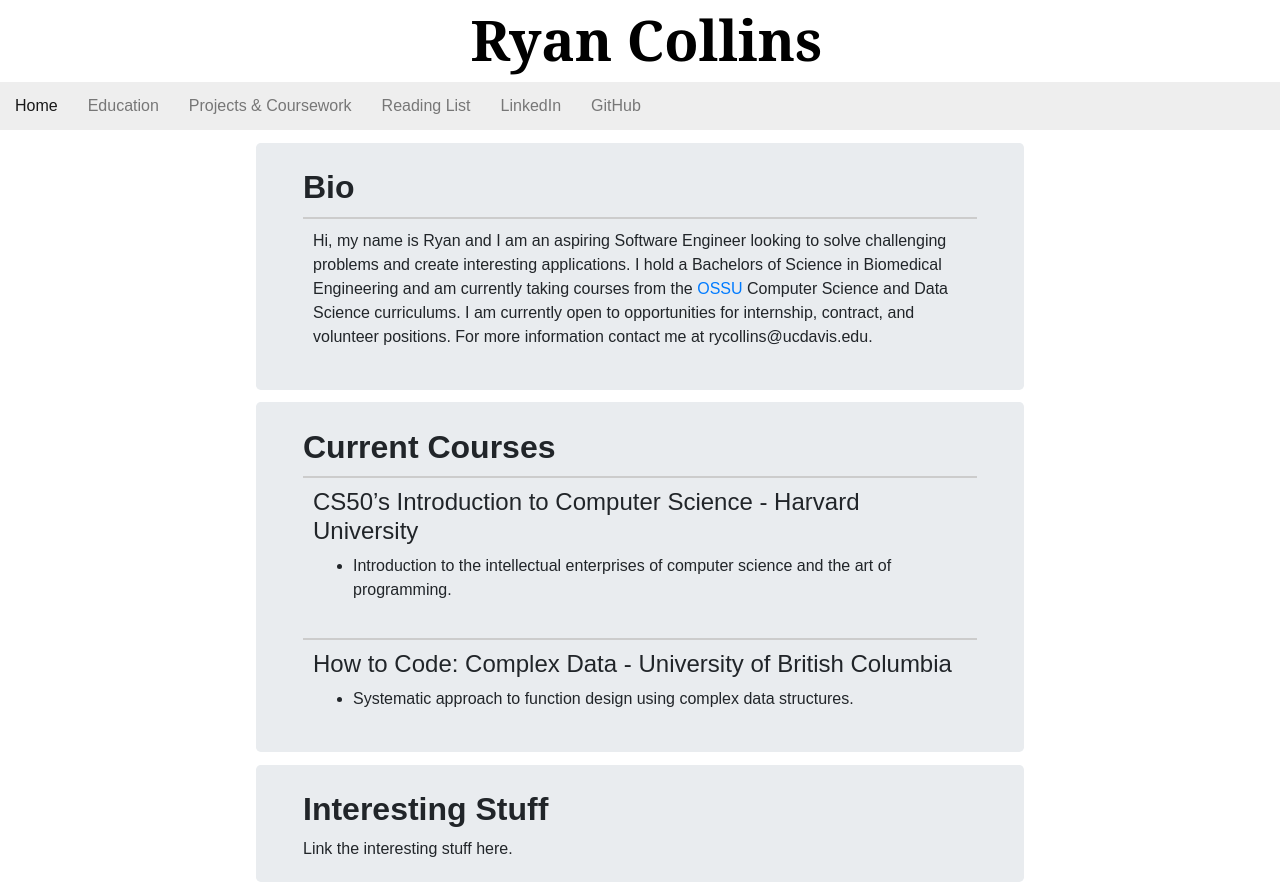
Repository: RyanMCollins/cs50
Page: pset5/homepage/home.html
The author's editor kept a record of every edit. The page is drawn from the files as they stood at one moment, then again after the next edit.
The browser window is 1280 px wide. The pictures show the whole page.

Above is the page before.

### pset5/homepage/home.html
<!DOCTYPE html>

<html lang="en">
    <head>
        <meta name="viewport" content="width=device-width, initial-scale=1, shrink-to-fit=no">
        <script src="https://code.jquery.com/jquery-3.3.1.slim.min.js" integrity="sha384-q8i/X+965DzO0rT7abK41JStQIAqVgRVzpbzo5smXKp4YfRvH+8abtTE1Pi6jizo" crossorigin="anonymous"></script>
        <script src="https://cdnjs.cloudflare.com/ajax/libs/popper.js/1.14.3/umd/popper.min.js" integrity="sha384-ZMP7rVo3mIykV+2+9J3UJ46jBk0WLaUAdn689aCwoqbBJiSnjAK/l8WvCWPIPm49" crossorigin="anonymous"></script>
        <script src="https://stackpath.bootstrapcdn.com/bootstrap/4.1.3/js/bootstrap.min.js" integrity="sha384-ChfqqxuZUCnJSK3+MXmPNIyE6ZbWh2IMqE241rYiqJxyMiZ6OW/JmZQ5stwEULTy" crossorigin="anonymous"></script>
        <link href="https://stackpath.bootstrapcdn.com/bootstrap/4.1.3/css/bootstrap.min.css" rel="stylesheet">
        <link href="styles.css" rel="stylesheet">
        <title>Homepage</title>
    </head>
    <body>
        <h1 id="site-title">
            <a href="/index">
                Ryan Collins
            </a>
        </h1>
        <nav class="navbar navbar-expand-lg navbar-light">
            <button class="navbar-toggler" type="button" data-toggle="collapse" data-target="#navbarSupportedContent"
            aria-controls="navbarSupportedContent" aria-expanded="false" aria-label="Toggle navigation">
                <span class="navbar-toggler-icon"></span>
            </button>

            <div class="collapse navbar-collapse" id="navbarSupportedContent">
                <div class="d-flex justify-content-center">
                    <ul class="navbar-nav" id="navbar-internal-links">
                      <li class="nav-item active">
                        <a class="nav-link" href="/home">Home<span class="sr-only">(current)</span></a>
                      </li>
                      <li class="nav-item">
                        <a class="nav-link" href="/education">Education<span class="sr-only">(current)</span></a>
                      </li>
                      <li class="nav-item">
                        <a class="nav-link" href="/projects">Projects & Coursework<span class="sr-only">(current)</span></a>
                      </li>
                      <li class="nav-item">
                        <a class="nav-link" href="/readlist">Reading List<span class="sr-only">(current)</span></a>
                      </li>
                    </ul>
                </div>
                <div>
                    <ul class="navbar-nav" id="navbar-external-links">
                      <li class="nav-item">
                        <a class="nav-link" href="https://linkedin.com/in/ryancollins2020">LinkedIn<span class="sr-only">(current)</span></a>
                      </li>
                      <li class="nav-item">
                        <a class="nav-link" href="https://github.com/RyanMCollins">GitHub<span class="sr-only">(current)</span></a>
                      </li>
                    </ul>
                </div>
            </div>
        </nav>
        <div class="jumbotron">
            <div class="container">
                <h2  class="main-header">
                    Bio
                </h2>
                <div class="sub-division">
                    <p>
                        Hi, my name is Ryan and I am an aspiring Software Engineer looking to solve challenging problems and create interesting
                        applications. I hold a Bachelors of Science in Biomedical Engineering and am currently taking courses from the
                        <a href="https://github.com/ossu">OSSU</a> Computer Science and Data Science curriculums. I am currently open to
                        opportunities for internship, contract, and volunteer positions. For more information contact me at
                        rycollins@ucdavis.edu.
                    </p>
                </div>
            </div>
        </div>
        <div class="jumbotron">
            <div class="container">
                <h2  class="main-header">
                    Current Courses
                </h2>
                <div class="sub-division">
                    <h4>
                        CS50’s Introduction to Computer Science - Harvard University
                    </h4>
                    <ul>
                        <li>
                            Introduction to the intellectual enterprises of computer science and the art of programming.
                        </li>
                    </ul>
                </div>
                <div class="sub-division">
                    <h4>
                        How to Code: Complex Data - University of British Columbia
                    </h4>
                    <ul>
                        <li>
                            Systematic approach to function design using complex data structures.
                        </li>
                    </ul>
                </div>
            </div>
        </div>
        <div class="jumbotron">
            <div class="container">
                <h2  class="main-header">
                    Interesting Stuff
                </h2>
                <!-- TODO -->
                <p>
                    Link the interesting stuff here.
                </p>
            </div>
        </div>
    </body>
</html>

### pset5/homepage/styles.css
body {
    font-size: 14;
    font-family: "Arial";
    min-height: 100vh;
}

#site-title {
    text-align: center;
    font-size: 350%;
    font-family: "Georgia";
    font-weight: bold;
    color: #000000;
    padding-left: 1%;
    padding-bottom: .7%;
    padding-top: .45%;
    margin: 0;
}

@media  screen and (max-width: 368px) {
    #site-title {
        font-size: 200%;
    }
}

#site-title a {
    color: inherit;
    text-decoration: none;
}

.navbar {
    padding: 0;
    /*padding: 0 1%;*/
    background-color: #eee;
}

.flex-break.flex-small {
    flex: 1;
}

.flex-break.flex-large {
    flex: 2;
}

@media  screen and (max-width: 990px) {
    .flex-break.flex-large, .flex-break.flex-small {
        justify-content: flex-start!important;
    }
}

.nav-item {
    padding: 0 5px;
    margin: 4px 2px;
}

.jumbotron {
    margin: 1% 20%;
    padding-top: 2%;
    padding-bottom: 5px;
}

.main-header {
    font-size: 200%;
    font-weight: bold;
}

.sub-division {
    border-top: solid #cccccc 2px;
    margin-top: 10px;
    margin-bottom: 10px;
    padding: 10px;
}

.sub-division-header {
    display: flex;
    padding-bottom: 15px;
}

.sub-division-title {
    font-size: 24px;
    float: left;
    margin-bottom: 0px;
    margin-top: auto;
}

.sub-division-appendice {
    font-size: 18px;
    margin-bottom: 0px;
    margin-top: auto;
}

.sub-division-appendice.date {
    margin-right: 0px;
    margin-left: auto;
}

.sub-division-author {
    font-size: 20px;
    padding-bottom: 10px;
}

After the next edit:
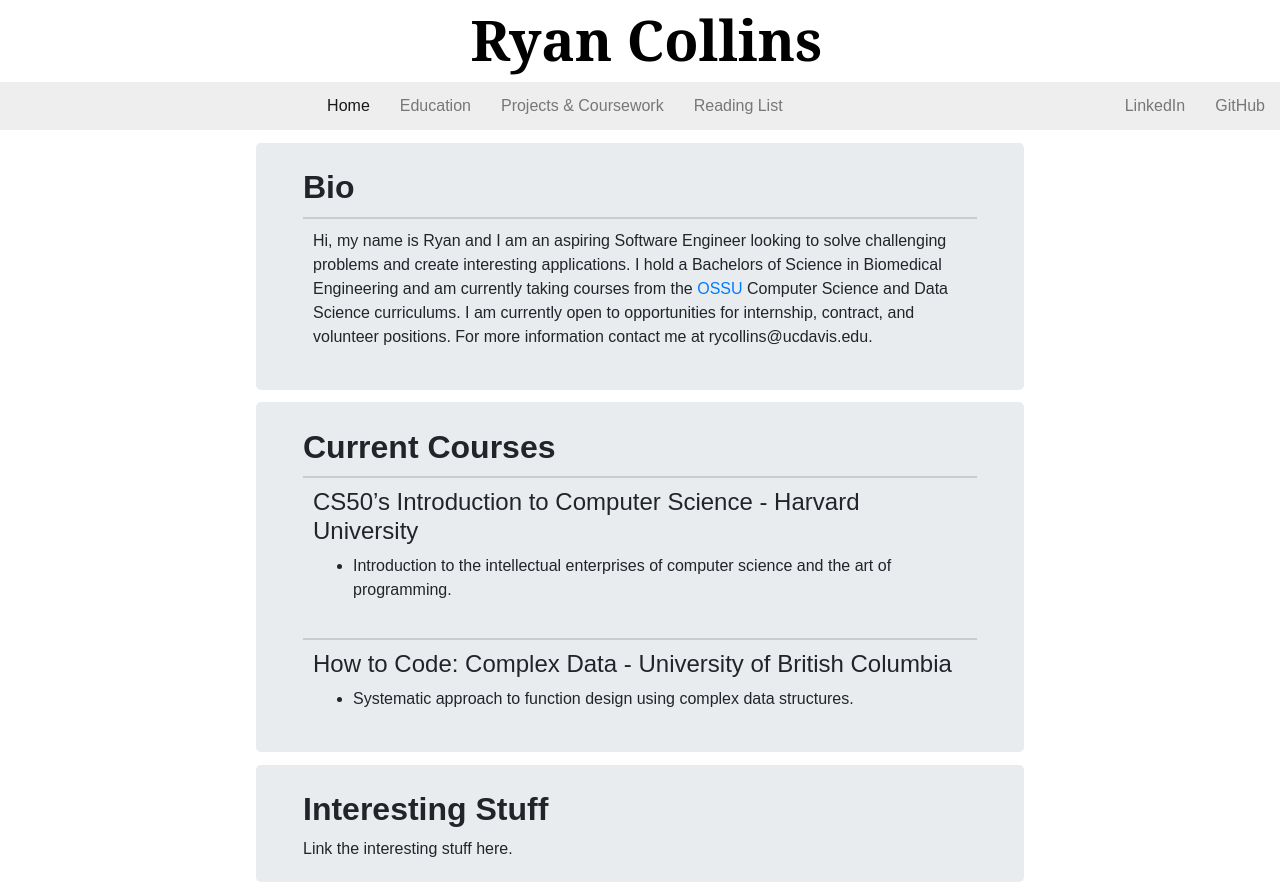
The edit:
--- a/pset5/homepage/home.html
+++ b/pset5/homepage/home.html
@@ -22,8 +22,9 @@
                 <span class="navbar-toggler-icon"></span>
             </button>
 
-            <div class="collapse navbar-collapse" id="navbarSupportedContent">
-                <div class="d-flex justify-content-center">
+            <div class="collapse navbar-collapse d-flex justify-content-between" id="navbarSupportedContent">
+                <div class="flex-fill"></div>
+                <div class="flex-fill">
                     <ul class="navbar-nav" id="navbar-internal-links">
                       <li class="nav-item active">
                         <a class="nav-link" href="/home">Home<span class="sr-only">(current)</span></a>
